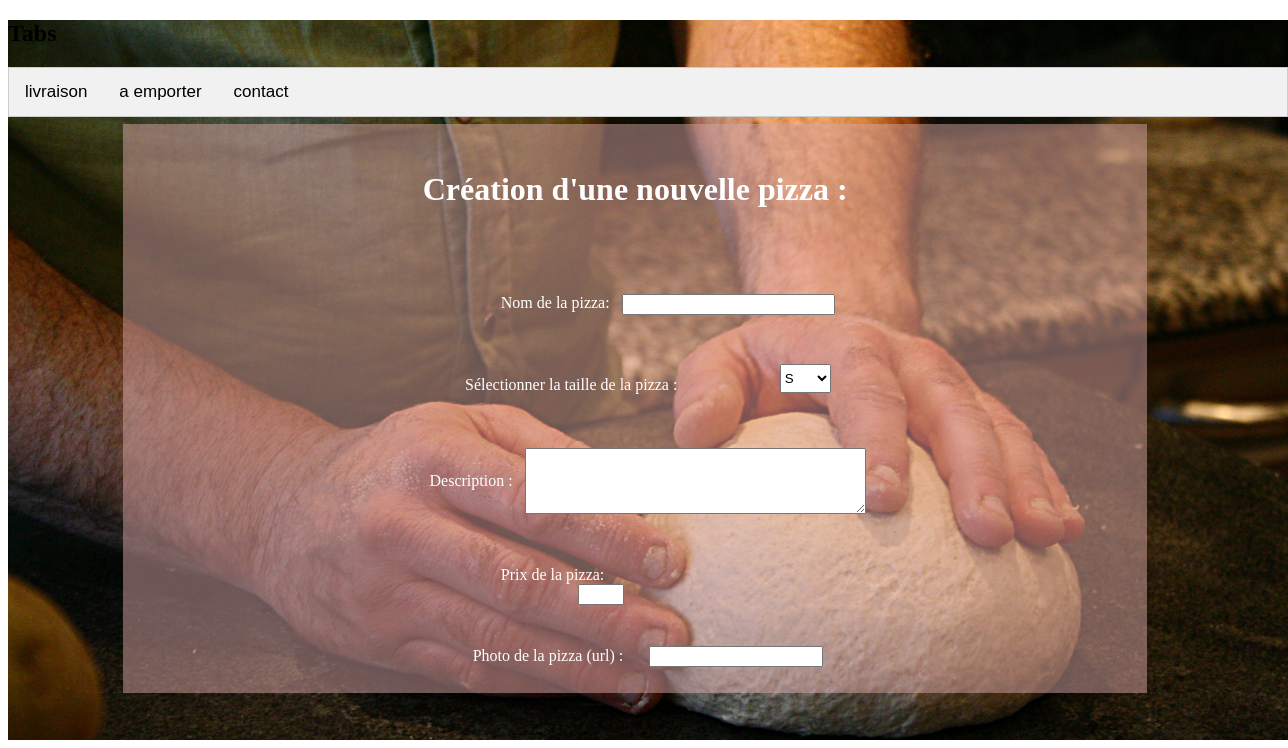
Repository: dev84-unalien/pippo_pizza
Page: admin.html
An editor plug-in stored every save of this project. The page is shown before and after the next save, followed by the edit.
The browser window is 1280 px wide. The page is 1288 px wide, so the pictures cover 1288 px, including what lies to the right of the window. The pictures show the whole page.

Above is the page before, as saved 2019-09-11 10:38:33.

### admin.html
<!DOCTYPE html>
<html lang="en">

<head>
    <meta charset="UTF-8">
    <meta name="viewport" content="width=device-width, initial-scale=1.0">
    <meta http-equiv="X-UA-Compatible" content="ie=edge">
    <title>pizzaria pippo</title>
    <link rel="stylesheet" href="admin.css">
    <script src="jquery-3.4.1.min.js"></script>
    <script src="admin.js"></script>

</head>

<body>
    <div id=unos>
        <div id=commande>

            <h2>Tabs</h2>


            <div class="tab">
                <button class="tablinks" onclick="openCity(event, 'livraison')">livraison</button>
                <button class="tablinks" onclick="openCity(event, 'emporter')">a emporter</button>
                <button class="tablinks" onclick="openCity(event, 'contact')">contact</button>
            </div>

            <div id="livraison" class="tabcontent">
                <h3>livraison</h3>
            </div>

            <div id="emporter" class="tabcontent">
                <h3>emporter</h3>

            </div>

            <div id="contact" class="tabcontent">
            </div>
            </form>

         <div id="body">
            <div id="Gcadre">
                <h1>Création d'une nouvelle pizza :</h1>
                 <div id="Nom">Nom de la pizza:<input id="écriture"></input></div>
                  <div id="Taille">
                  <p>Sélectionner la taille de la pizza :</p>
                   <select >
                         <option value="S">S</option>
                         <option value="M">M</option>
                         <option value=">L">L</option>
                         <option value="XL">XL</option>
                         <option value="XXL">XXL</option>
                     </select>
                </div>
                <div id="Description">Description :<TEXTAREA name="desc" rows=4 cols=40></TEXTAREA></div>
                <div id="Prix">Prix de la pizza: <input id="prix1"></input></div>

                <div id="Image"> Photo de la pizza (url) :<input id="imgpizza"></input></div>
            </div>

        </div>
    </div>
</body>

</html>

### admin.css
#unos {
  height: 100vh;
  width: 100vw;
  background-image: url("images/ajoutpizza.jpg");
  justify-content: cover;
  background-size: 100vw;
}
#body{
    width: 100vw;
    height: 80vh;
    display: flex;
  flex-direction: column;
  justify-content: center;
  align-content: center;
}
#Gcadre {
  display: flex;
  flex-direction: column;
  justify-content: space-around;
  align-items: center;
  width: 80vw;
  height: 80vh;
  background-color: rgba(216, 166, 166, 0.5);
  margin-left: 9vw;
  margin-top:1vh;
  color: white;
}

#Nom {
  margin-left: 9vw;
  display: flex;
  color: white;
  margin-top: 1vw;
  width: 30vw;
  height:2vh;
}
#écriture{
  width:16vw;
  height:2vh;
  margin-left:1vw;
}

#Taille {
  margin-right: 6vw;
  display: flex;
  justify-content: center;
  align-content: center;
  width: 80vw;
  height: 5vh;
}
select {
  width: 4vw;
  height: 4vh;
  margin-top: 0.5vh;

}

#Description{
  margin-left: 2vw;
  size: 5rem;
  display: flex;
  justify-content: center;
  align-items: center;

}
#Prix{
  width: 20vw;
  height: 4vh;
  margin-right:1vw;


}
#prix1{
  display: flex;
  justify-content: ;

  width:3vw;
  margin-left:6vw;

}
#imgpizza{
width: 13vw;
margin-left:2vw;
}
#Image{
  margin-left: 2vw;
}
TEXTAREA{
  margin-left:1vw;

}
p {
  color: white;
  margin-left: 8vw;
  margin-right: 8vw;
}

#formulaire {
  height: 50%;
  width: 50%;
  background-color: aliceblue;
}

#livraison {
  background-color: aquamarine;
}

#emporter {
  background-color: beige;
}
#contact {
  background-color: powderblue;
}

.tab {
  overflow: hidden;
  border: 1px solid #ccc;
  background-color: #f1f1f1;
}

/* Style the buttons inside the tab */

.tab button {
  background-color: inherit;
  float: left;
  border: none;
  outline: none;
  cursor: pointer;
  padding: 14px 16px;
  transition: 0.3s;
  font-size: 17px;
}

/* Change background color of buttons on hover */

.tab button:hover {
  background-color: red;
}

/* Create an active/current tablink class */

.tab button.active {
  background-color: red;
}

/* Style the tab content */

.tabcontent {
  display: none;
  padding: 6px 12px;
  border: 1px solid red;
  border-top: none;
}

Loaded but not shown: jquery-3.4.1.min.js (library); admin.js (no copy from this time; the picture is the same without it)

After the next save:
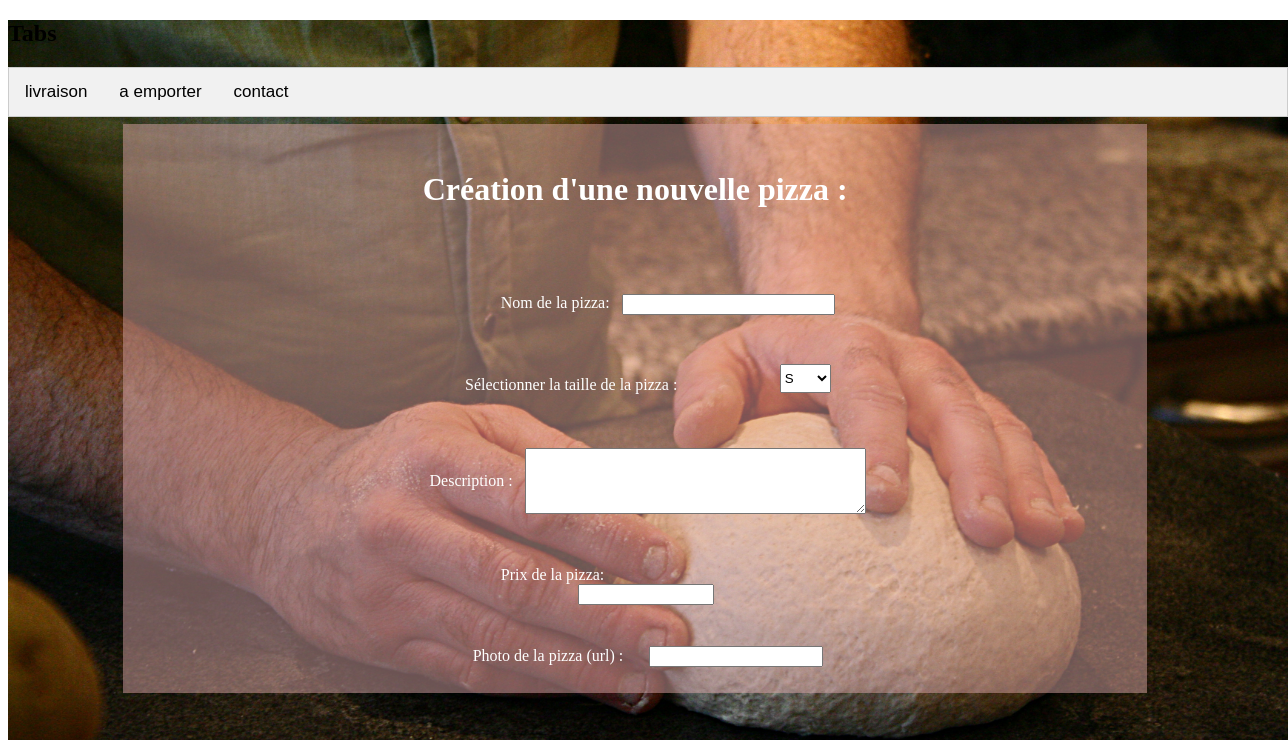
Saved 8 s later.
--- a/admin.css
+++ b/admin.css
@@ -71,10 +71,7 @@ select {
 
 }
 #prix1{
-  display: flex;
-  justify-content: ;
-
-  width:3vw;
+  width: 10vw;
   margin-left:6vw;
 
 }
